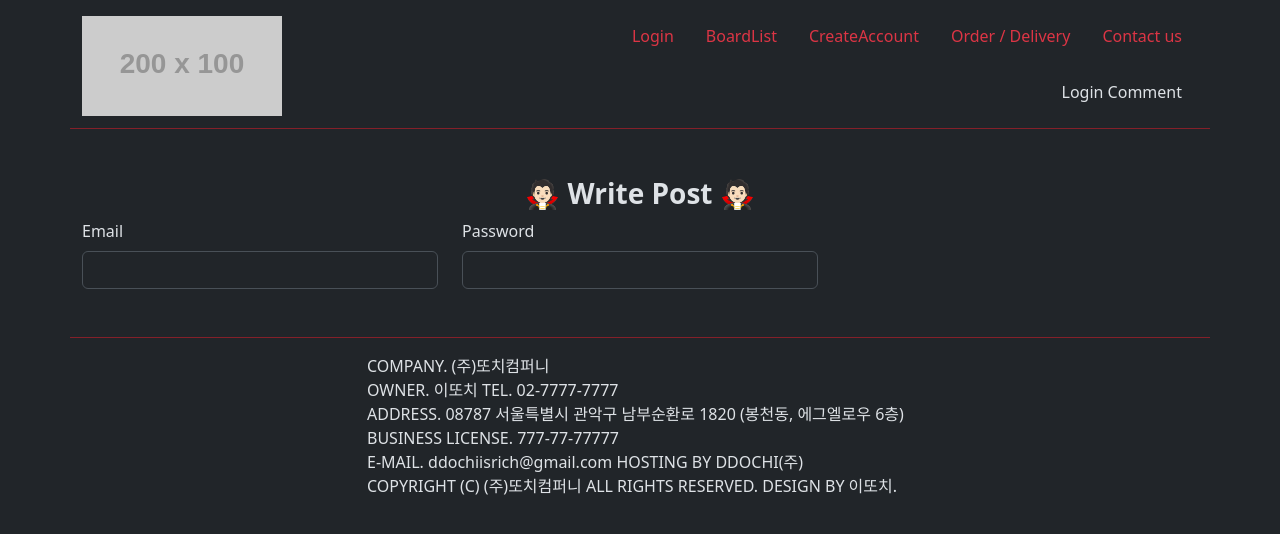
Repository: ddochiisrich/Ddochi-Web
Page: http://localhost/JSPClassCh06/writeForm
These files come from the project's save history. The page is drawn as it stood at one moment and after the next save; the edit follows.
The browser window is 1280 px wide. The pictures show the whole page.
The page is served by Tomcat 9. Other server files are loaded and not shown.

Above is the page before, as saved 2024-04-11 04:37:20.

### JSPClassCh06/src/main/webapp/WEB-INF/board/writeForm.jsp
<%@ page language="java" contentType="text/html; charset=UTF-8"
	pageEncoding="UTF-8"%>
<%@ page import="java.sql.*"%>
<%@ page import="java.util.*"%>
<%@ page import="com.jspstudy.ch06.vo.*"%>
<%@ taglib prefix="c" uri="http://java.sun.com/jsp/jstl/core"%>

<!DOCTYPE html>
<html lang="ko" data-bs-theme="dark">
<head>
<meta charset="UTF-8">
<meta name="viewport" content="width=device-width, initial-scale=1">
<title>🧛🏻 Board List 🧛🏻</title>
<link href="bootstrap/bootstrap.min.css" rel="stylesheet">
</head>
<body>
	<div class="container">
		<!-- header start -->
		<%@ include file="../pages/header.jsp"%>
		<!-- header end -->

		<!-- content start -->
		<div class="row my-5" id="global-content">
			<div class="col">
				<div class="row">
					<div class="col">
						<H1 class="text-center fw-bold fs-3">🧛🏻 Write Post 🧛🏻</H1>
					</div>
				</div>
				<form name="writeForm" id="writeForm" action="writeProcess"
					method="post" class="row border-danger">
					<div class="col-md-4">
						<label for="inputEmail4" class="form-label">Email</label> <input type="email" class="form-control" id="inputEmail4">
					</div>
					<div class="col-md-4">
						<label for="inputPassword4" class="form-label">Password</label> <input type="password" class="form-control" id="inputPassword4">
					</div>
				</form>

			</div>
		</div>
		<!-- content end -->

		<!-- footer start -->
		<%@ include file="../pages/footer.jsp"%>
		<!-- footer end -->
		<script src="bootstrap/bootstrap.bundle.min.js"></script>
	</div>
</body>
</html>

### JSPClassCh06/src/main/webapp/WEB-INF/pages/header.jsp
<%@ page language="java" contentType="text/html; charset=UTF-8"
    pageEncoding="UTF-8"%>
<!DOCTYPE html>
<html>
<head>
<meta charset="UTF-8">
<title>Insert title here</title>
</head>
<body>
	<div class="row border-bottom border-danger-subtle pt-3">
			<div class="col-4">
				<img
					src="https://via.placeholder.com/200X100/DC3645/ffffff ?Text=Digital.com">️
			</div>
			<div class="col-8">
				<div class="row">
					<div class="col">
						<ul class="nav justify-content-end">
							<li class="nav-item"><a class="nav-link active link-danger"
								aria-current="page" href="#">Login</a></li>
							<li class="nav-item"><a class="nav-link link-danger"
								href="boardList">BoardList</a></li>
							<li class="nav-item"><a class="nav-link link-danger"
								href="#">CreateAccount</a></li>
							<li class="nav-item"><a class="nav-link link-danger"
								href="#">Order / Delivery</a></li>
							<li class="nav-item"><a class="nav-link link-danger"
								href="#">Contact us</a></li>
						</ul>
					</div>
				</div>
				️
				<div class="row">
					<div class="col text-end me-3">Login Comment</div>
				</div>
				️
			</div>
		</div>
</body>
</html>

### JSPClassCh06/src/main/webapp/WEB-INF/pages/footer.jsp
<%@ page language="java" contentType="text/html; charset=UTF-8"
    pageEncoding="UTF-8"%>
<!DOCTYPE html>
<html>
<head>
<meta charset="UTF-8">
<title>Insert title here</title>
</head>
<body>
	<div class="row my-5 border-top border-danger-subtle"
			id="global-footer">
			<!-- footer -->

			<div class="col-3"></div>

			<div class="col-6 text-center py-3">
				<p class="text-start">
					COMPANY. (주)또치컴퍼니<br> OWNER. 이또치 TEL. 02-7777-7777<br>
					ADDRESS. 08787 서울특별시 관악구 남부순환로 1820 (봉천동, 에그엘로우 6층)<br>
					BUSINESS LICENSE. 777-77-77777 <br>
					E-MAIL. ddochiisrich@gmail.com HOSTING BY DDOCHI(주)<br>
					COPYRIGHT (C) (주)또치컴퍼니 ALL RIGHTS RESERVED. DESIGN BY 이또치.<br>
				</p>
				️
			</div>

			<div class="col-3"></div>

		</div>
</body>
</html>

### JSPClassCh06/src/main/java/com/jspstudy/ch06/controller/BoardWriteFormController.java
package com.jspstudy.ch06.controller;

import java.io.IOException;

import javax.servlet.RequestDispatcher;
import javax.servlet.ServletException;
import javax.servlet.annotation.WebServlet;
import javax.servlet.http.HttpServlet;
import javax.servlet.http.HttpServletRequest;
import javax.servlet.http.HttpServletResponse;

@WebServlet("/writeForm")
public class BoardWriteFormController extends HttpServlet {

	@Override
	protected void doGet(HttpServletRequest request, HttpServletResponse response) throws ServletException, IOException {

		RequestDispatcher rd = request.getRequestDispatcher("/WEB-INF/board/writeForm.jsp");
		rd.forward(request, response);
	}



}

Loaded but not shown: JSPClassCh06/src/main/webapp/bootstrap/bootstrap.min.css (library); JSPClassCh06/src/main/webapp/bootstrap/bootstrap.bundle.min.js (library)

After the next save:
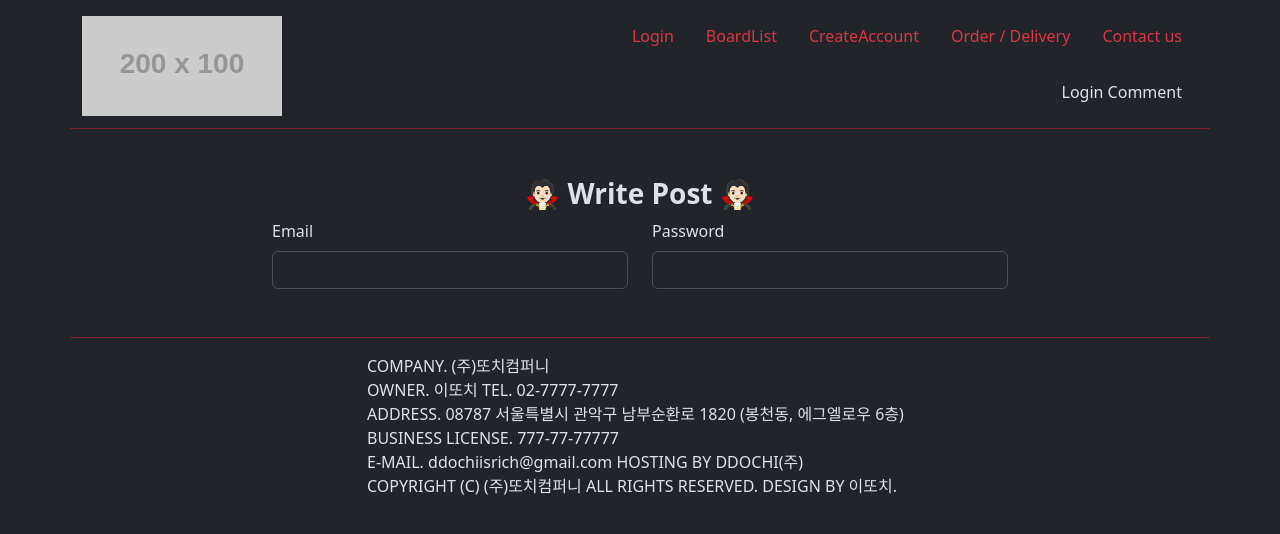
Saved 4 min 32 s later.
--- a/JSPClassCh06/src/main/webapp/WEB-INF/board/writeForm.jsp
+++ b/JSPClassCh06/src/main/webapp/WEB-INF/board/writeForm.jsp
@@ -29,7 +29,7 @@
 				</div>
 				<form name="writeForm" id="writeForm" action="writeProcess"
 					method="post" class="row border-danger">
-					<div class="col-md-4">
+					<div class="col-md-4 offset-2">
 						<label for="inputEmail4" class="form-label">Email</label> <input type="email" class="form-control" id="inputEmail4">
 					</div>
 					<div class="col-md-4">
